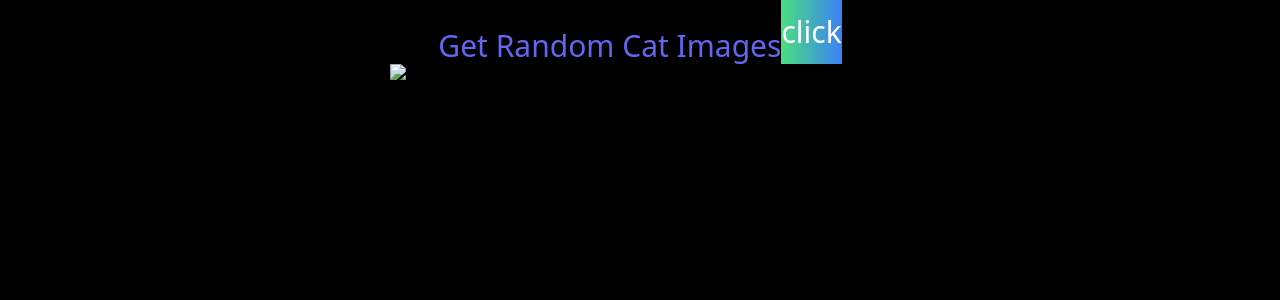
Repository: tentaciones/catMemeGenerator
Page: /
An editor plug-in stored every save of this project. The page is shown before and after the next save, followed by the edit.
The browser window is 1280 px wide. The pictures show the whole page.
The page's requests for data from a server got no answer. Some web fonts or font styles are not loaded; a fallback is used. The project was rebuilt for these pictures with package versions that can differ from the ones it lists, and the page was loaded fresh each time. No one was signed in, and anything a server would have sent is missing. Also part of the build but not shown: src/components/Navbar.jsx, src/components/Header.jsx, src/components/Post.jsx, src/components/Sidebar.jsx, src/pages/home.jsx.

Above is the page before, as saved 2022-07-07 19:53:16.

After the next save:
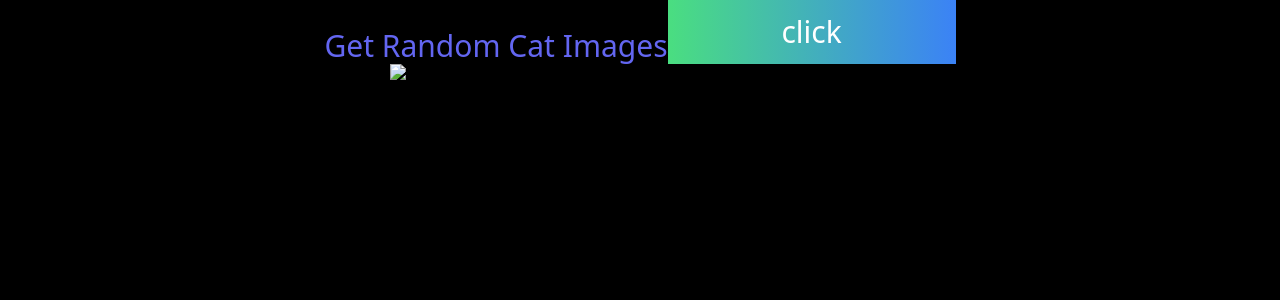
Saved 27 s later.
--- a/src/pages/Generator.jsx
+++ b/src/pages/Generator.jsx
@@ -27,7 +27,7 @@
         <div className="mt-7">Get Random Cat Images</div>
         <button
           onClick={getCat}
-          className="bg-gradient-to-r from-green-400 to-blue-500 hover:from-pink-500 hover:to-yellow-500 text-white"
+          className="bg-gradient-to-r from-green-400 to-blue-500 hover:from-pink-500 hover:to-yellow-500 text-white w-72"
         >
           click
         </button>
